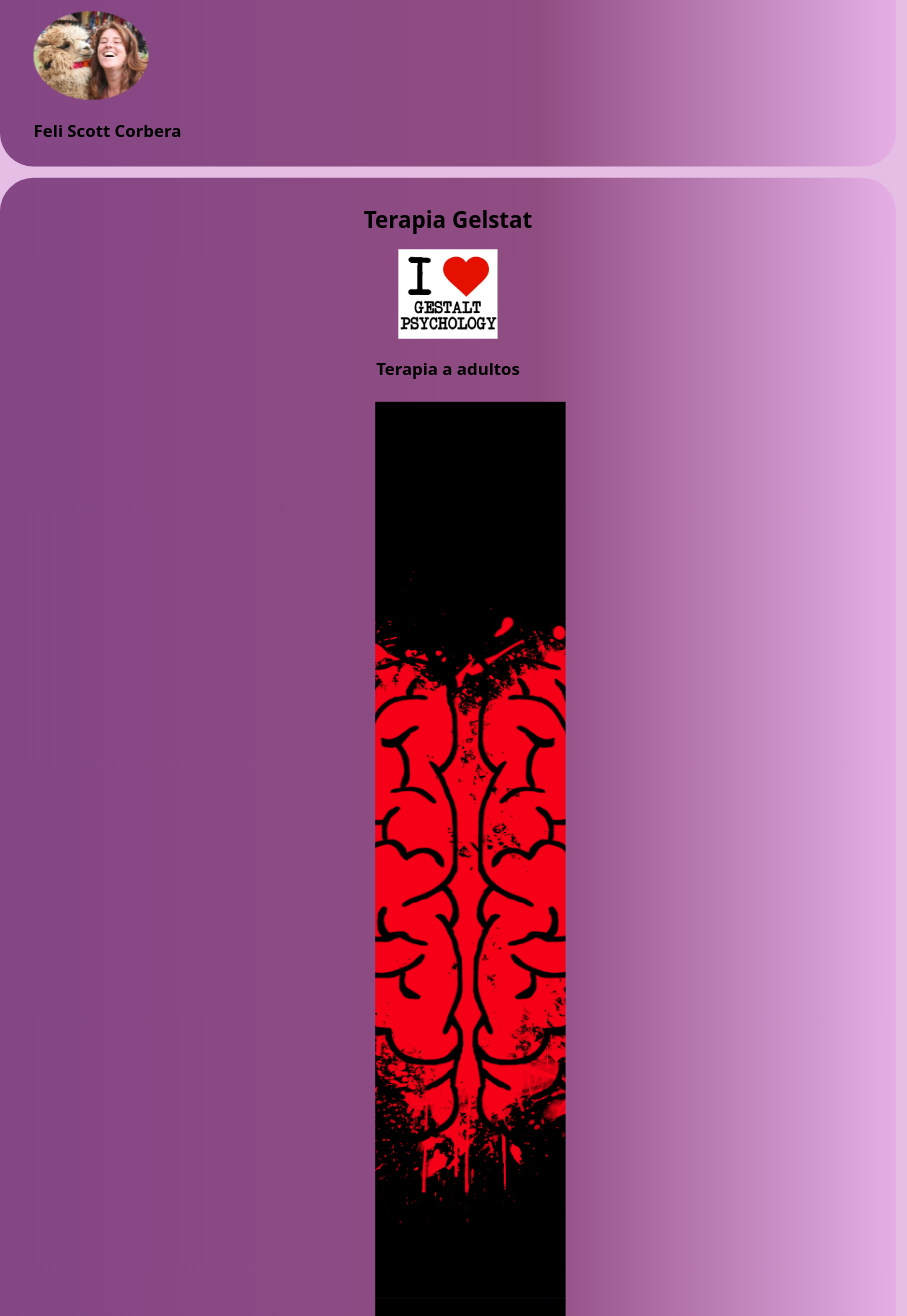
Repository: Jogalso/webPsicologa
Page: /
These files come from the project's save history. The page is drawn as it stood at one moment and after the next save; the edit follows.
The browser window is 1280 px wide. The page is 1280 px wide, then 1296 px, then 1280 px, so the pictures cover 1296 px, including what lies to the right of the window. The pictures show the part of the page from y = 0 to 1880 px (the page is 7241 px tall before and 4392 px after), at 70% of full size.
Backgrounds fixed to the window are drawn as part of the page. The project was rebuilt for these pictures with package versions that can differ from the ones it lists, and the page was loaded fresh each time. Some packages were replaced by stand-ins written for this rebuild. The framework's server and built-in components were replaced by stand-ins that run in the browser.

Above is the page before, as saved 2021-07-13 10:03:58.

After the next save:
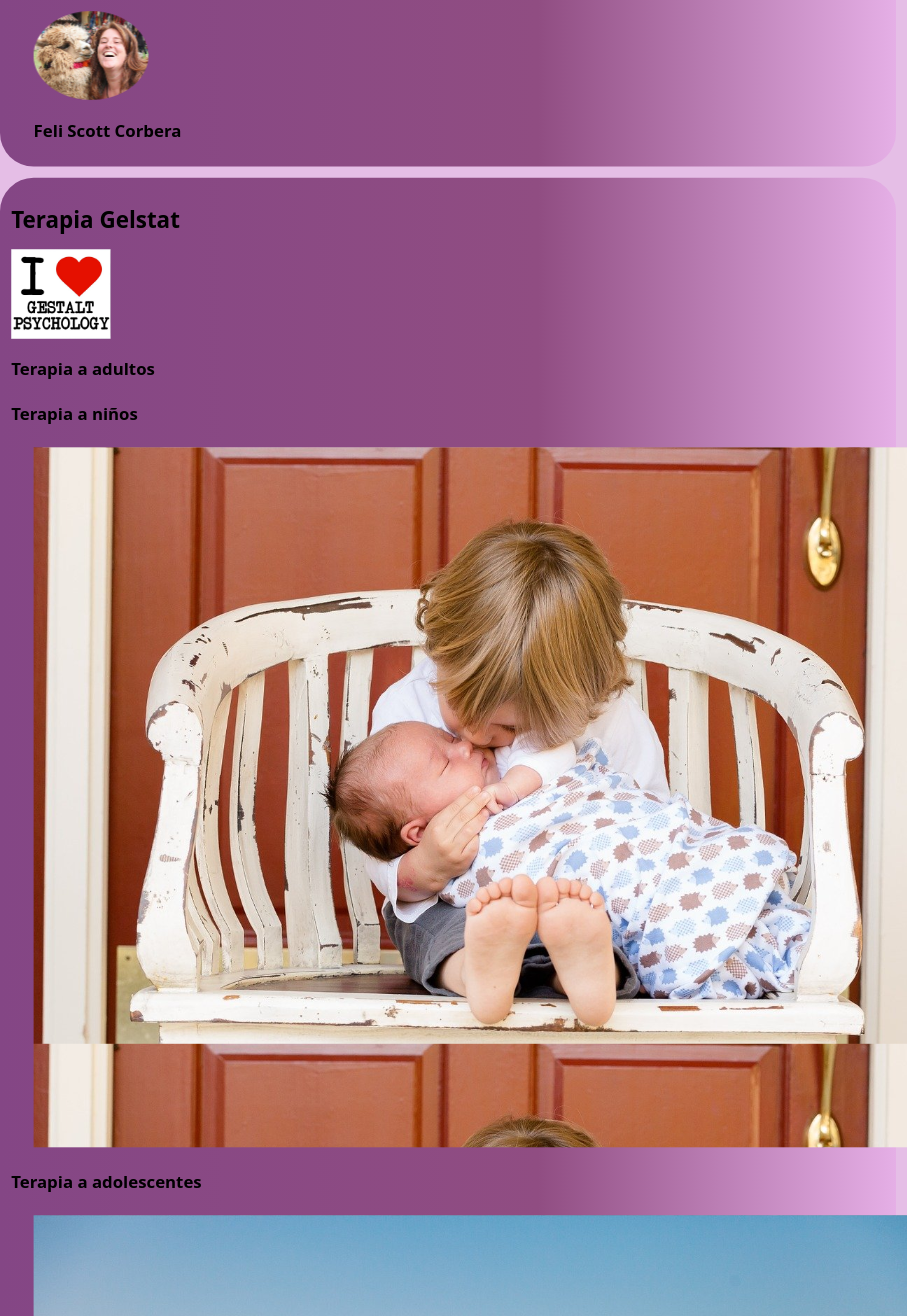
Saved 13 s later.
--- a/components/Terapias.jsx
+++ b/components/Terapias.jsx
@@ -32,9 +32,6 @@
                         border-top-left-radius: 3em;
                         padding: 1em;
                         margin-top: 1em;
-                        text-align: center;
-                        display:grid;
-                        justify-content: center;
                     }
                     .Terapias__img{
                         height: 8em;

After the save that followed:
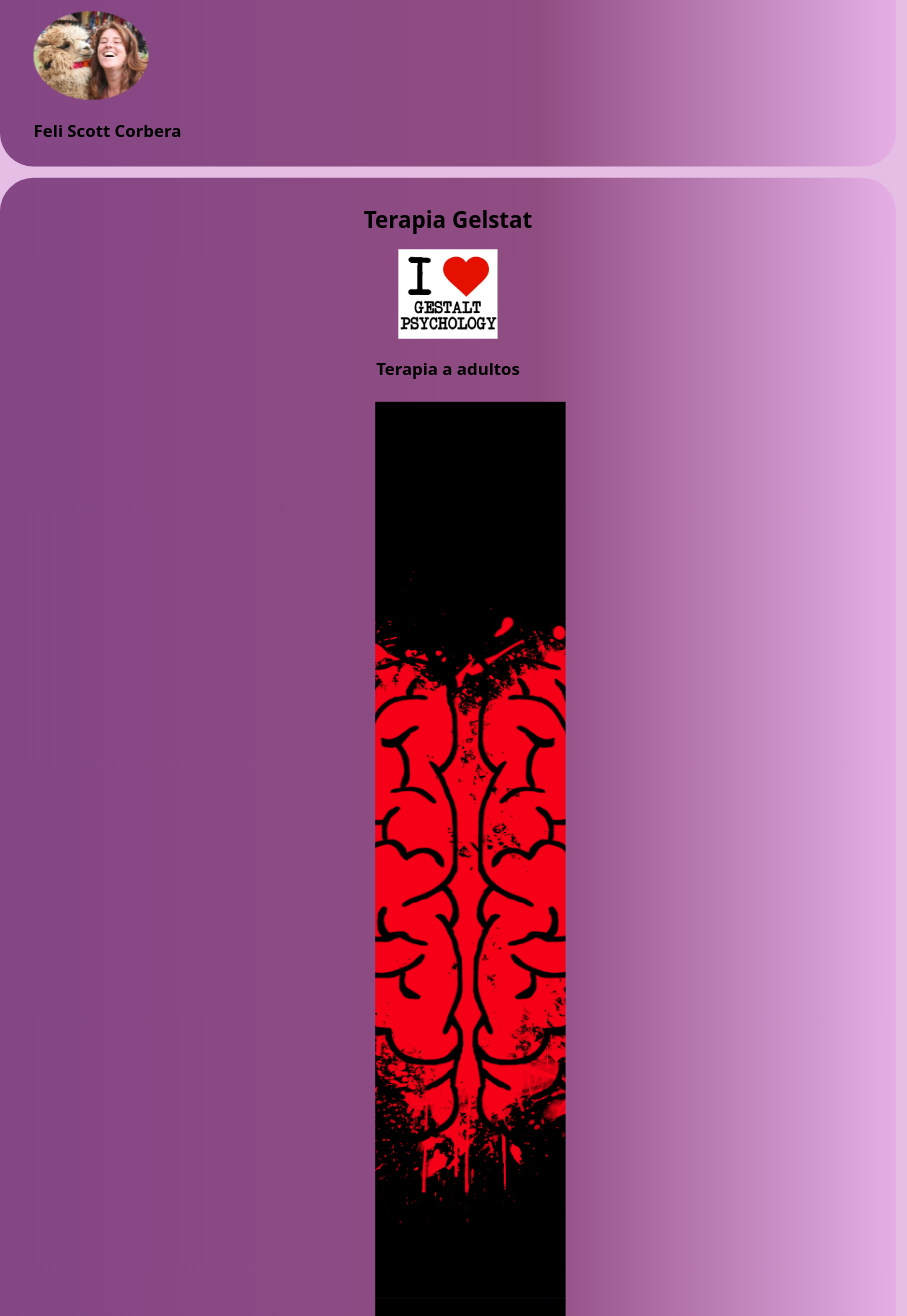
Saved 27 s later.
--- a/components/Terapias.jsx
+++ b/components/Terapias.jsx
@@ -32,6 +32,9 @@
                         border-top-left-radius: 3em;
                         padding: 1em;
                         margin-top: 1em;
+                        text-align: center;
+                        display:grid;
+                        justify-content: center;
                     }
                     .Terapias__img{
                         height: 8em;
